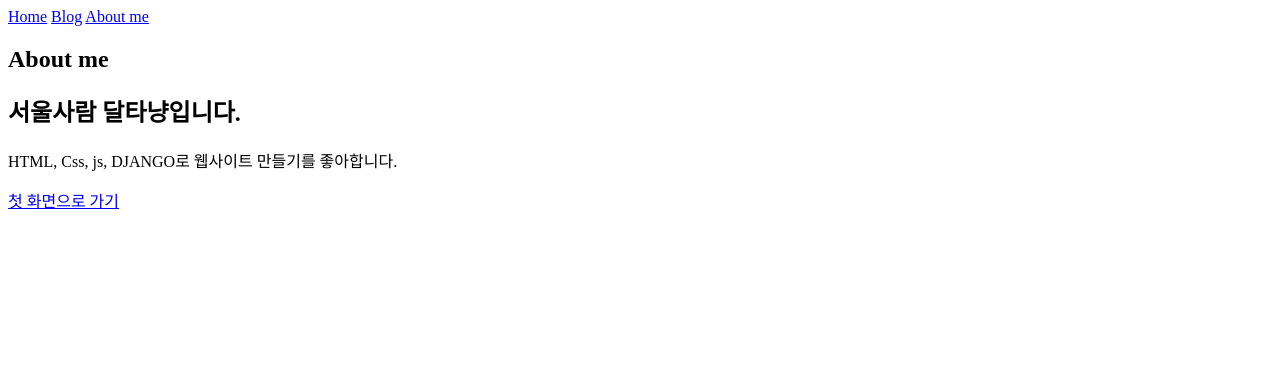
Repository: lwygold/do_it_ft
Page: about_me.html
These files come from the project's save history. The page is drawn as it stood at one moment and after a run of saves; the edit follows.
The browser window is 1280 px wide. The pictures show the whole page.

Above is the page before, as saved 2021-08-10 17:46:01.

### about_me.html
<!DOCTYPE html>
<html lang="en">
<head>
    <meta charset="UTF-8">
    <meta http-equiv="X-UA-Compatible" content="IE=edge">
    <meta name="viewport" content="width=device-width, initial-scale=1.0">
    <title>About Me</title>
</head>
<body>
    <nav>
        <a href="./index.html">Home</a>
        <a href="./blog_list.html">Blog</a>
        <a href="./about_me.html">About me</a>

        <h1>About me</h1>
        <h2>서울사람 달타냥입니다.</h2>

        <p>HTML, Css, js, DJANGO로 웹사이트 만들기를 좋아합니다.</p>

        <a href="./index.html">첫 화면으로 가기</a>

    </nav>
</body>
</html>

After the next 2 saves:
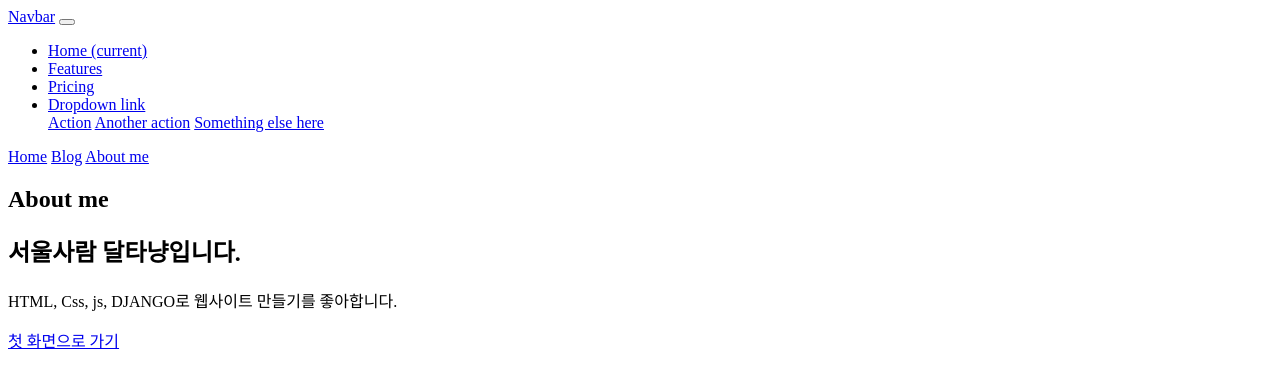
The 2 saves are shown as one change because they came seconds apart.
The last was saved 7 min 43 s later.
--- a/about_me.html
+++ b/about_me.html
@@ -1,12 +1,46 @@
 <!DOCTYPE html>
 <html lang="en">
+
 <head>
     <meta charset="UTF-8">
     <meta http-equiv="X-UA-Compatible" content="IE=edge">
     <meta name="viewport" content="width=device-width, initial-scale=1.0">
     <title>About Me</title>
 </head>
+
 <body>
+    <nav class="navbar navbar-expand-lg navbar-light bg-light">
+        <a class="navbar-brand" href="#">Navbar</a>
+        <button class="navbar-toggler" type="button" data-toggle="collapse" data-target="#navbarNavDropdown"
+            aria-controls="navbarNavDropdown" aria-expanded="false" aria-label="Toggle navigation">
+            <span class="navbar-toggler-icon"></span>
+        </button>
+        <div class="collapse navbar-collapse" id="navbarNavDropdown">
+            <ul class="navbar-nav">
+                <li class="nav-item active">
+                    <a class="nav-link" href="#">Home <span class="sr-only">(current)</span></a>
+                </li>
+                <li class="nav-item">
+                    <a class="nav-link" href="#">Features</a>
+                </li>
+                <li class="nav-item">
+                    <a class="nav-link" href="#">Pricing</a>
+                </li>
+                <li class="nav-item dropdown">
+                    <a class="nav-link dropdown-toggle" href="#" id="navbarDropdownMenuLink" role="button"
+                        data-toggle="dropdown" aria-haspopup="true" aria-expanded="false">
+                        Dropdown link
+                    </a>
+                    <div class="dropdown-menu" aria-labelledby="navbarDropdownMenuLink">
+                        <a class="dropdown-item" href="#">Action</a>
+                        <a class="dropdown-item" href="#">Another action</a>
+                        <a class="dropdown-item" href="#">Something else here</a>
+                    </div>
+                </li>
+            </ul>
+        </div>
+    </nav>
+
     <nav>
         <a href="./index.html">Home</a>
         <a href="./blog_list.html">Blog</a>
@@ -18,7 +52,7 @@
         <p>HTML, Css, js, DJANGO로 웹사이트 만들기를 좋아합니다.</p>
 
         <a href="./index.html">첫 화면으로 가기</a>
-
     </nav>
 </body>
+
 </html>
